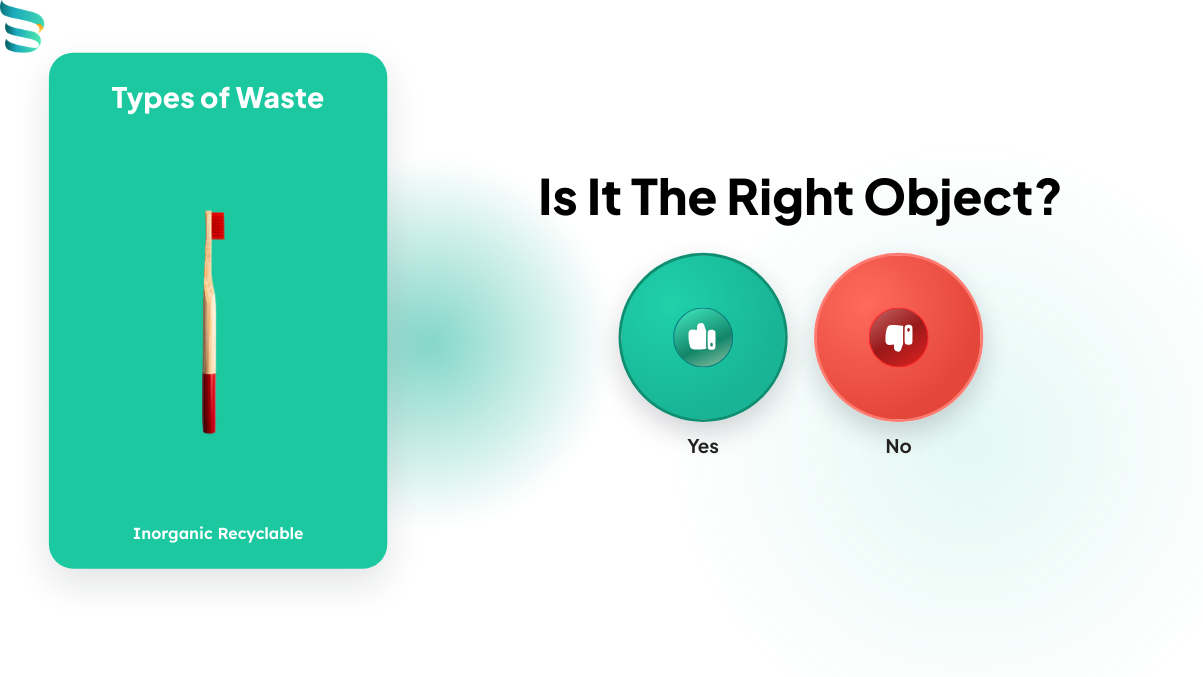
Repository: william-saputra/nusabin
Page: pages/products.html
An editor plug-in stored every save of this project. The page is shown before and after the next save, followed by the edit.
The browser window is 1280 px wide. The pictures show the whole page, at 94% of full size.

Above is the page before, as saved 2025-08-13 10:56:22.

After the next save:
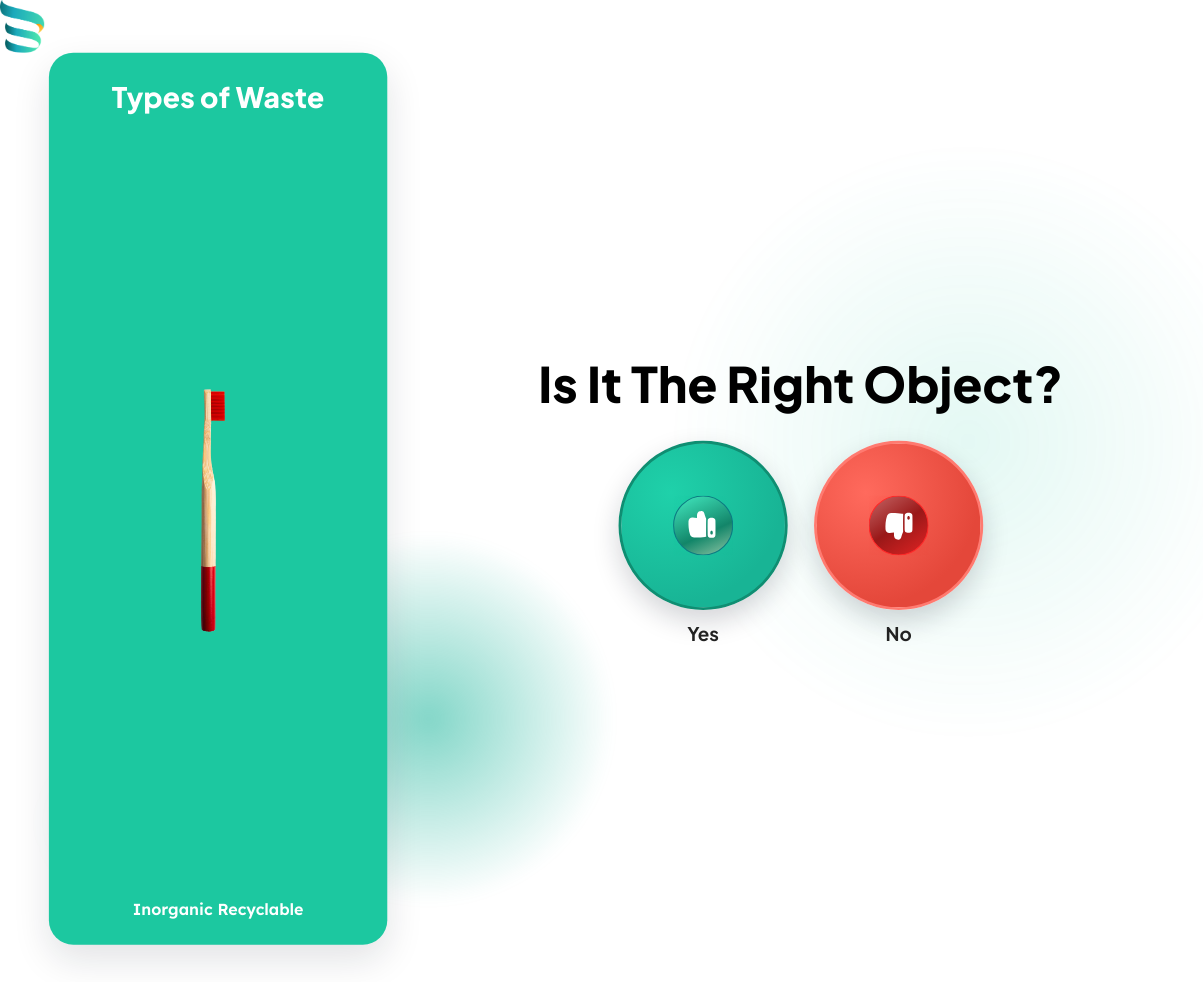
Saved 5 s later.
--- a/styles/pages/products.css
+++ b/styles/pages/products.css
@@ -26,7 +26,7 @@
 /* Waste card */
 .waste-card{background:var(--teal);color:#fff;border-radius:26px;padding:28px;box-shadow:0 16px 40px rgba(16,24,40,0.12);display:flex;flex-direction:column;min-height:540px;align-items:center}
 .card-title{margin:0 0 16px;font-weight:800;font-size:30px;letter-spacing:.2px;font-family:"Plus Jakarta Sans", Lexend, system-ui, sans-serif;text-align:center}
-.waste-visual{flex:1 1 auto;display:grid;place-items:center;width:100%; height: 400px;}
+.waste-visual{flex:1 1 auto;display:grid;place-items:center;width:100%; height: 800px;}
 .waste-image{max-height:70%;max-width:80%;height:auto;width:auto;object-fit:contain;margin:0 auto}
 .waste-label{text-align:center;font-size:17px;font-weight:600;margin-top:auto;padding-top:18px;width:100%}
 

After the save that followed:
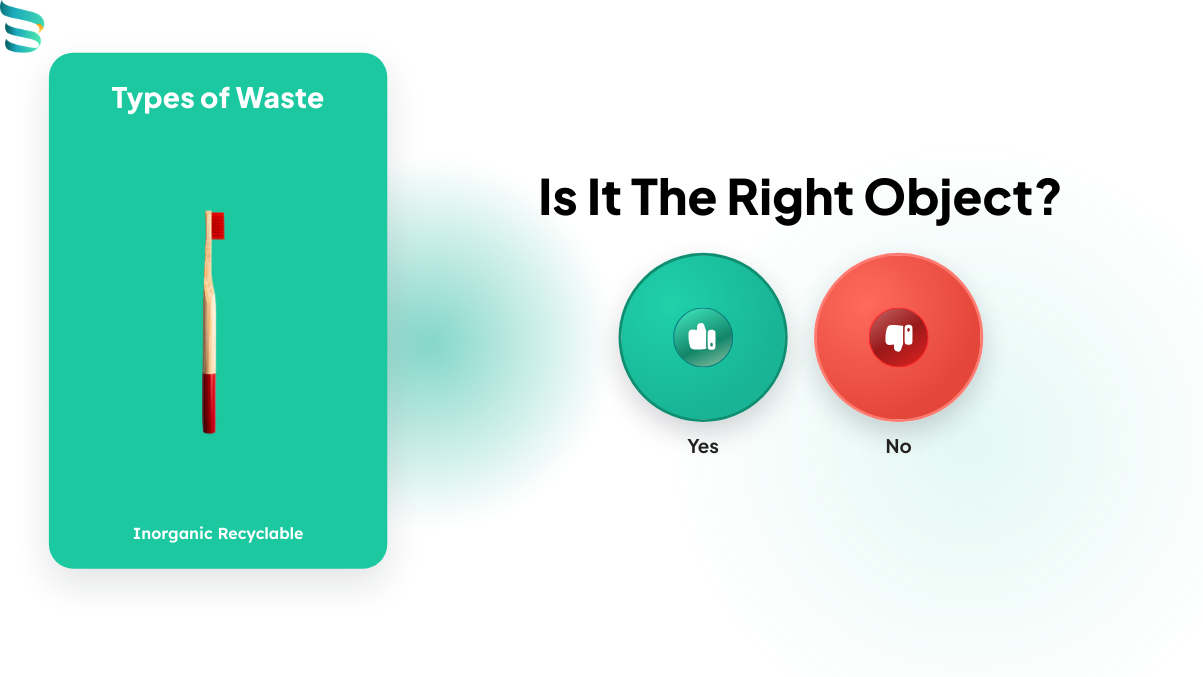
Saved 11 s later.
--- a/styles/pages/products.css
+++ b/styles/pages/products.css
@@ -26,7 +26,7 @@
 /* Waste card */
 .waste-card{background:var(--teal);color:#fff;border-radius:26px;padding:28px;box-shadow:0 16px 40px rgba(16,24,40,0.12);display:flex;flex-direction:column;min-height:540px;align-items:center}
 .card-title{margin:0 0 16px;font-weight:800;font-size:30px;letter-spacing:.2px;font-family:"Plus Jakarta Sans", Lexend, system-ui, sans-serif;text-align:center}
-.waste-visual{flex:1 1 auto;display:grid;place-items:center;width:100%; height: 800px;}
+.waste-visual{flex:1 1 auto;display:grid;place-items:center;width:100%; height: 400px;}
 .waste-image{max-height:70%;max-width:80%;height:auto;width:auto;object-fit:contain;margin:0 auto}
 .waste-label{text-align:center;font-size:17px;font-weight:600;margin-top:auto;padding-top:18px;width:100%}
 
